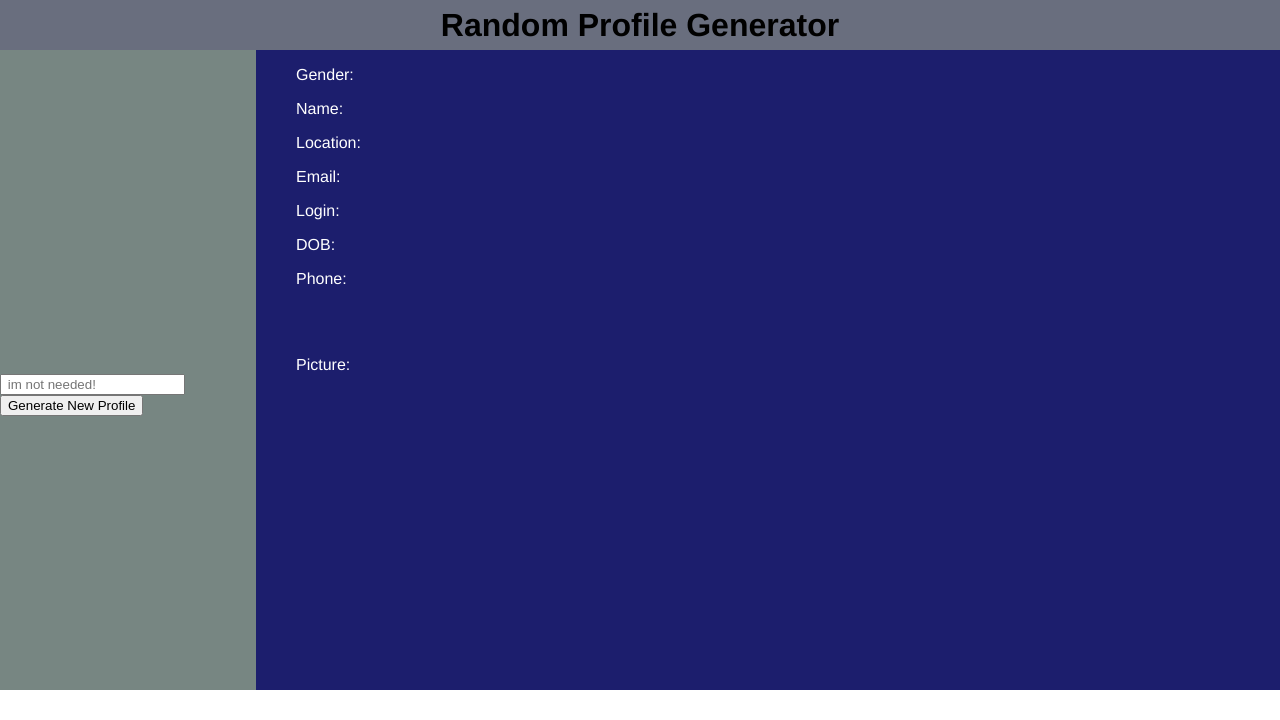
Repository: swaroopu-kr/Web-Application
Page: index.html
These files come from the project's save history. The page is drawn as it stood at one moment and after a run of saves; the edit follows.
The browser window is 1280 px wide. The pictures show the whole page.

Above is the page before, as saved 2021-10-30 11:52:14.
Console error: SyntaxError: Unexpected token '('

After the next 4 saves:
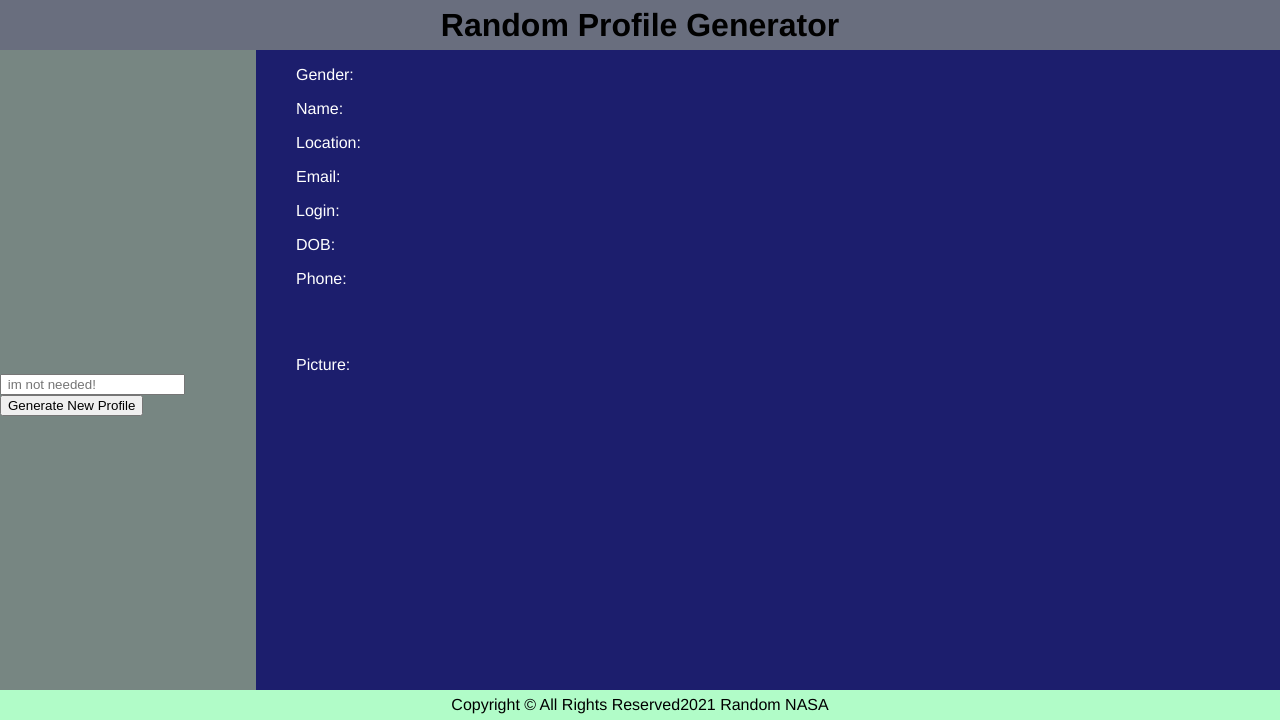
The 4 saves are shown as one change because they came seconds apart.
The last was saved 11 s later.
--- a/index.html
+++ b/index.html
@@ -55,7 +55,10 @@
 
    </aside>
 
-
+   <footer>
+    <p>Copyright &copy; All Rights Reserved</p>
+    <p>2021 Random NASA</p>
+  </footer>
 
 
 </body>
